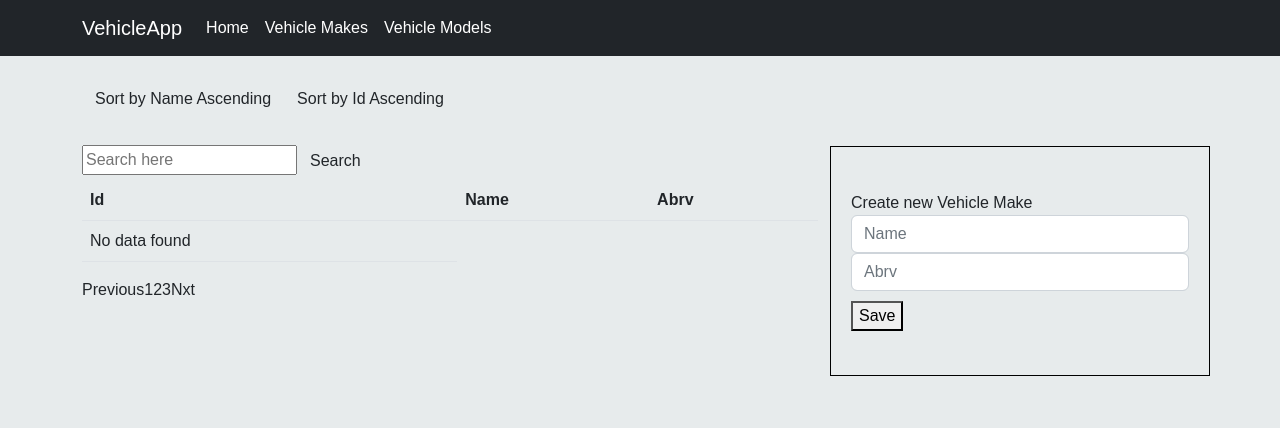
Repository: magdalenarajic/VehicleFrontend
Page: /Makes
These files come from the project's save history. The page is drawn as it stood at one moment and after the next save; the edit follows.
The browser window is 1280 px wide. The pictures show the whole page.
The page's requests for data from a server got no answer. The project was rebuilt for these pictures with package versions that can differ from the ones it lists, and the page was loaded fresh each time. No one was signed in, and anything a server would have sent is missing. Also part of the build but not shown: src/components/Home.js, src/services/modelService.js, src/stores/modelStore.js, src/components/VehicleModel.js.

Above is the page before, as saved 2023-03-11 09:43:12.

After the next save:
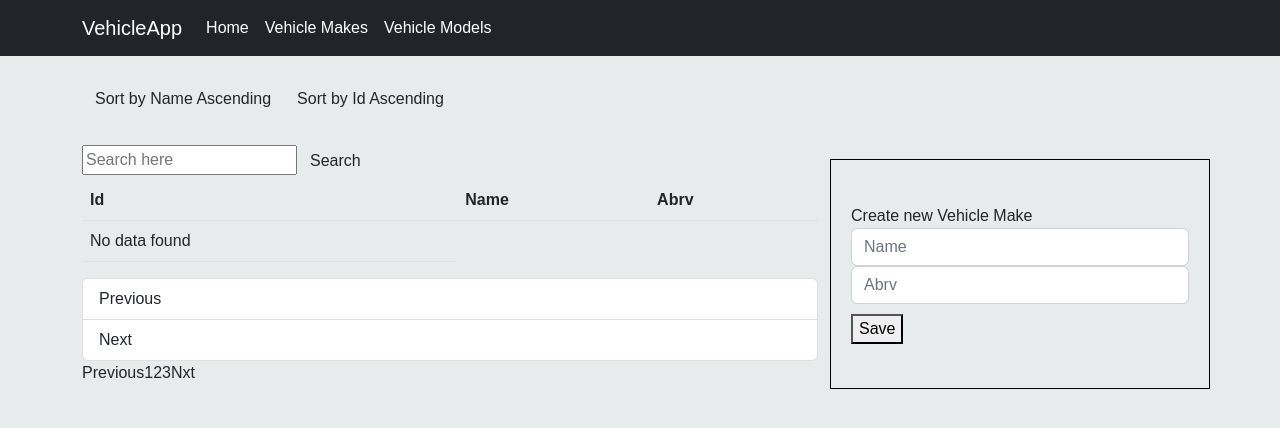
Saved 84 s later.
--- a/src/components/VehicleMake.js
+++ b/src/components/VehicleMake.js
@@ -1,7 +1,7 @@
 import React, { useEffect, useState } from "react";
 import { Observer } from "mobx-react";
 import makeStore from "../stores/makeStore";
-import { Container, Table, Col, Row, CloseButton } from "react-bootstrap";
+import { Container, Table, Col, Row, CloseButton, ListGroup, ListGroupItem,  } from "react-bootstrap";
 
 const MakeList = () => {
   const [showForm, setShowForm] = useState(false);
@@ -158,6 +158,11 @@
                   </tbody>
                 </Table>
                 <Col>
+                <ListGroup>
+                  <ListGroupItem> Previous </ListGroupItem>
+                  <ListGroupItem> Next</ListGroupItem>
+
+                </ListGroup>
                 <nav>
   <ul class="pagination">
     <li class="page-item">Previous</li>

After the save that followed:
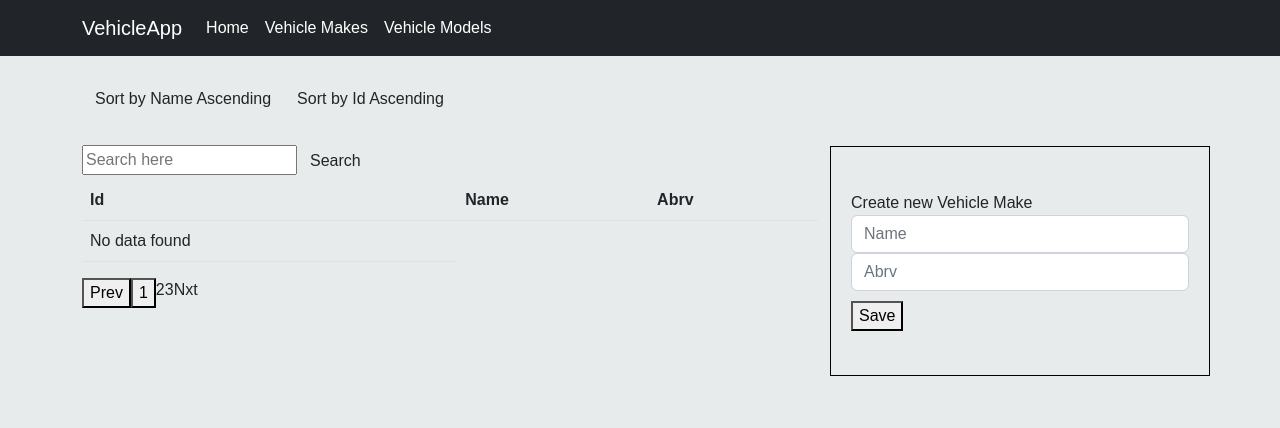
Saved 2 min 33 s later.
--- a/src/components/VehicleMake.js
+++ b/src/components/VehicleMake.js
@@ -158,15 +158,10 @@
                   </tbody>
                 </Table>
                 <Col>
-                <ListGroup>
-                  <ListGroupItem> Previous </ListGroupItem>
-                  <ListGroupItem> Next</ListGroupItem>
-
-                </ListGroup>
                 <nav>
   <ul class="pagination">
-    <li class="page-item">Previous</li>
-    <li class="page-item">1</li>
+    <li class="page-item"> <button> Prev </button> </li>
+    <li class="page-item"><button> 1 </button></li>
     <li class="page-item">2</li>
     <li class="page-item">3</li>
     <li class="page-item">Nxt</li>
